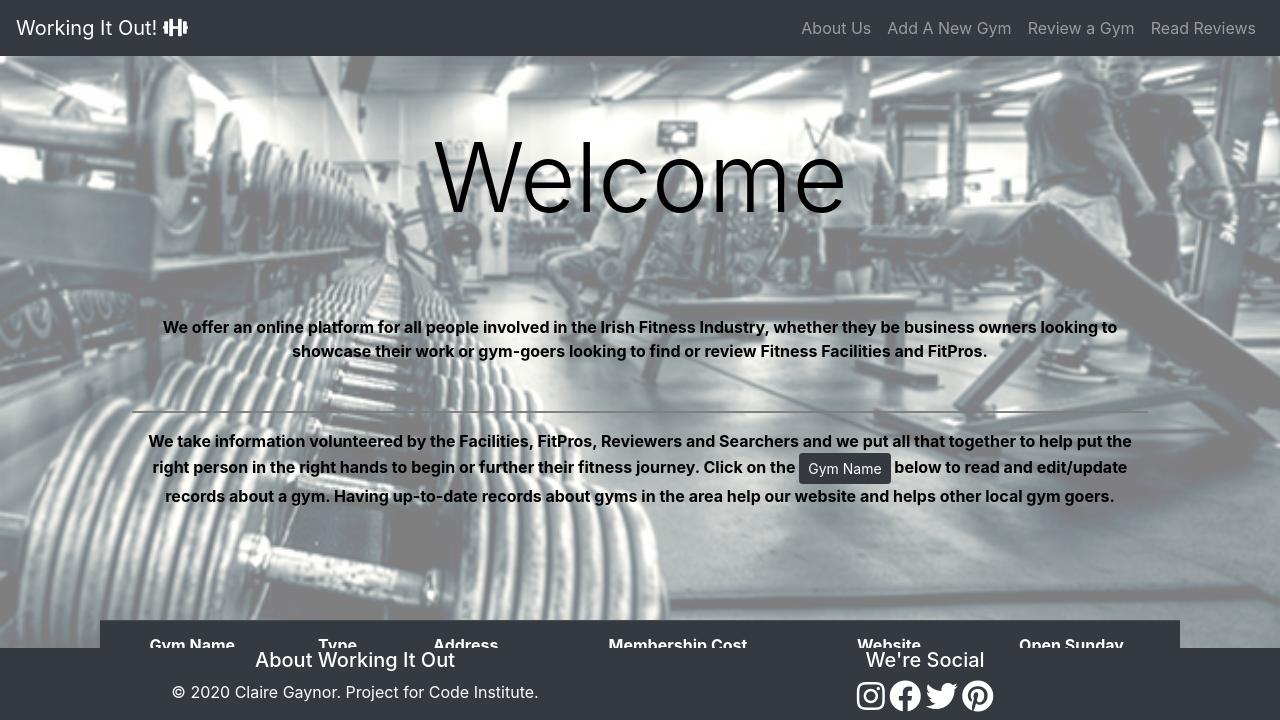
Repository: cgaynor91/Working_It_Out
Page: http://localhost/
The author's editor kept a record of every edit. The page is drawn from the files as they stood at one moment, then again after the next edit.
The browser window is 1280 px wide. The pictures show the whole page.
Some web libraries are served in a nearby version. The page is served by the project's application, run on Flask 3 (app.py). Queries for data that is not in the repository find no rows.

Above is the page before.

### templates/home.html
{% extends 'base.html'%} {% block content %}

<div class="container-fluid">
 <div class="container justify-content-center">
  <div class="col-12 jumbo-text">
   <div class="jumbotron">
    <h1 class="display-3">Welcome</h1>
    <p class="welcome-para"></b>We offer an online platform for all people involved in the Irish Fitness Industry, whether they be business owners looking to showcase their work or gym-goers looking to find or review Fitness Facilities and FitPros.</p>
    <hr>
    <p class="welcome-para">We take information volunteered by the Facilities, FitPros, Reviewers and Searchers and we put all that together to help put the right person in the right hands to begin or further their fitness journey. Click on the <button type="button" class="btn btn-dark btn-sm">Gym Name</button>     below to read and edit/update records about a gym. Having up-to-date records about gyms in the area help our website and helps other local gym goers.</p>
   </div>
  </div>
 </div>



 <!-- Table of gym Data -->

 <div class="container">
  <div class="col-12 col-md-8 table-responsive table-data">
   <table class="table table-hover">
    <thead class="thead-dark">
     <tr>
      <th scope="col">Gym Name</th>
      <th scope="col">Type</th>
      <th scope="col">Address</th>
      <th scope="col">Membership Cost</th>
      <th scope="col">Website</th>
      <th scope="col">Open Sunday</th>
     </tr>
    </thead>
    <tbody>

     {% for gym in gyms %}
     <tr>
      <td><a class="btn btn-outline-dark btn-home" href="{{url_for('edit_gym', gym_id=gym._id)}}" role="button">{{gym.gym_name}}</a></td>
      <td>{{gym.gym_type}}</td>
      <td>{{gym.gym_address}}</td>
      <td>{{gym.cost}}</td>
      <td>{{gym.gym_url}}</td>
      <td>{{gym.open_sunday}}</td>
     </tr>
     {% endfor %}
    </tbody>
   </table>
</div>
</div>

  {% endblock %}

### templates/base.html
<!DOCTYPE html>
<html>

<head>
    <link href="https://fonts.googleapis.com/css?family=Rubik&display=swap" rel="stylesheet">
    <link rel="stylesheet" href="https://stackpath.bootstrapcdn.com/bootstrap/4.4.1/css/bootstrap.min.css">
    <link rel="stylesheet" href="https://cdnjs.cloudflare.com/ajax/libs/font-awesome/5.12.0/css/all.min.css" />
    <link rel="stylesheet" href="{{ url_for('static', filename='css/style.css') }}" type="text/css" />
    <title>Working It Out!</title>
</head>

<body>
    <header>
        <!-- Navbar taken from Bootstrap -->
        <nav class="navbar navbar-expand-md navbar-dark bg-dark home-text">
            <a class="navbar-brand" href="{{url_for('get_gyms')}}">Working It Out! <i
                    class="fas fa-dumbbell"></i></a>
            <button class="navbar-toggler" type="button" data-toggle="collapse" data-target="#navbarNavAltMarkup" aria-controls="navbarNavAltMarkup" aria-expanded="false" aria-label="Toggle navigation">
                <span class="navbar-toggler-icon"></span>
            </button>
            <div class="collapse navbar-collapse" id="navbarNavAltMarkup">
                <div class="navbar-nav ml-auto">
                    <a class="nav-item nav-link" href="{{url_for('about')}}">About Us</a>
                    <a class="nav-item nav-link" href="{{url_for('add_new_gym')}}">Add A New Gym</a>
                    <a class="nav-item nav-link" href="{{url_for('gym_review')}}">Review a Gym</a>
                    <a class="nav-item nav-link" href="{{url_for('read_review')}}">Read Reviews</a>


                </div>
            </div>

        </nav>
    </header>

    <!-- Background image -->
    <div class="container-fluid bg"></div>


    {% block content %} {% endblock %}

    <!--Footer-->
    <footer class="fixed-bottom">
        <div class="container">
            <div class="row">
                <div class="col l6 s12">
                    <h5>About Working It Out</h5>
                    <p> © 2020 Claire Gaynor. Project for Code Institute.</p>
                </div>
                <div class="col l4 offset-l2 s12">
                    <h5>We're Social</h5>
                    <a href="https://www.instagram.com/" target="_blank"><i class="fab fa-instagram fa-2x" style="color:white"></i></a>
                    <a href="https://www.facebook.com/" target="_blank"><i class="fab fa-facebook fa-2x" style="color:white"></i></a>
                    <a href="https://www.twitter.com/" target="_blank"><i class="fab fa-twitter fa-2x" style="color:white"></i>
                    <a href="https://www.pinterest.com/" target="_blank"><i class="fab fa-pinterest fa-2x" style="color:white"></i></a>
                </div>
            </div>
        </div>
    </footer>



    <script src="https://code.jquery.com/jquery-3.4.1.slim.min.js"></script>
    <script src="https://cdn.jsdelivr.net/npm/popper.js@1.16.0/dist/umd/popper.min.js"></script>
    <script src="https://stackpath.bootstrapcdn.com/bootstrap/4.4.1/js/bootstrap.min.js"></script>
</body>

</html>

### app.py
import os
from flask import Flask, render_template, redirect, request, url_for
from flask_pymongo import PyMongo
from bson.objectid import ObjectId

app = Flask(__name__)
app.config["MONGO_DBNAME"] = 'working_it_out'
app.config["MONGO_URI"] = os.getenv('MONGO_URI')

mongo = PyMongo(app)


@app.route('/')
@app.route('/get_gyms')
def get_gyms():
    return render_template("home.html", gyms=mongo.db.gyms.find())

@app.route("/about")
def about():
    return render_template("about.html")


@app.route("/add_new_gym")
def add_new_gym():
    return render_template("add_gym.html")

# Sends the data that the user inserts to the database

@app.route("/insert_gym", methods=['POST'])
def insert_gym():
    gym = mongo.db.gyms
    gym.insert_one({
        'gym_name': request.form.get('Gym Name'),
        'gym_type': request.form.get('Gym Type'),
        'address':request.form.get('Gym Address'),
        'cost':request.form.get('Membership Cost'),
        'gym_url':request.form.get('Gym Website'),
        })
    return redirect(url_for('get_gyms'))


# Allows user to update information about a gym

@app.route("/edit_gym/<gym_id>")
def edit_gym(gym_id):
    the_gym = mongo.db.gyms.find_one({"_id": ObjectId(gym_id)})
    return render_template("update_gym.html", gym=the_gym)

@app.route("/update_gym/<gym_id>", methods=["POST"])
def update_gym(gym_id):
    gym = mongo.db.gyms
    gym.update({'_id': ObjectId(gym_id)}, {
        'gym_name' : request.form.get('gym_name'),
        'status' : request.form.get('gym_type'),
        'address' : request.form.get('gym_address'),
        'cost' : request.form.get('cost'),
        'gym_url' : request.form.get('gym_url')
    })
    return redirect(url_for('get_gyms'))

# Delete option for a user if they wish to delete a review they wrote or delete a review written by someone else that may be incorrect

@app.route("/delete_gym/<gym_id>")
def delete_gym(gym_id):
    mongo.db.gyms.remove({'_id': ObjectId(gym_id)})
    return redirect(url_for('get_gyms'))

@app.route("/leave_review")
def gym_review():
    return render_template("gym_review.html", gyms=mongo.db.gyms.find())

# Sends the data that the user inserts to the database

@app.route("/gym_review", methods=['POST'])
def insert_review():
    review = mongo.db.reviews
    review.insert_one(request.form.to_dict())
    return redirect(url_for('gym_review'))


@app.route("/read_review")
def read_review():
    return render_template("read_reviews.html", reviews=mongo.db.reviews.find())

if __name__ == '__main__':
    app.run(host=os.environ.get('IP'),
            port=int(os.environ.get('PORT')),
            debug=True)

### static/css/style.css
@import url('https://fonts.googleapis.com/css?family=Rubik&display=swap');

.body {
    min-height: 100%;
    font-family: 'Rubik', sans-serif;
}

.container-fluid {
    text-align: center;
}


.container-fluid_reviews {
    text-align: left;
}

.display-3 {
    font-size: 6rem;
    font-weight: 300;
    line-height: 1.2;
    margin-bottom: 5rem;
}

hr {
    border: 1px solid grey;
}

.welcome-para {
    margin-top: 0px;
    margin-bottom: 3rem;
}

.col-12 {
    -ms-flex: 0 0 100%;
    flex: 0 0 100%;
    max-width: 100%;
}

.bg {
    background-image: url(../images/bg-image.png);
    background-size: cover;
    height: 100%;
    overflow: hidden;
    position: fixed;
    width: 100%;
    opacity: 0.5;
    z-index: -1;
}

.jumbotron {
    background-color: transparent;
    margin-bottom: 0px;
}

.jumbo-text {
    color: #000;
    font-weight: bolder;
}

.btn-home {
    font-weight: bold;
    min-width: 250px;
}

.table td,
.table th {
    padding: .75rem;
    vertical-align: top;
    border-top: 1px solid #dee2e6;
    font-weight: bolder;
}




.fixed-bottom {
    background-color: #343a40;
    color: #fff;
}




/*

After the next edit:
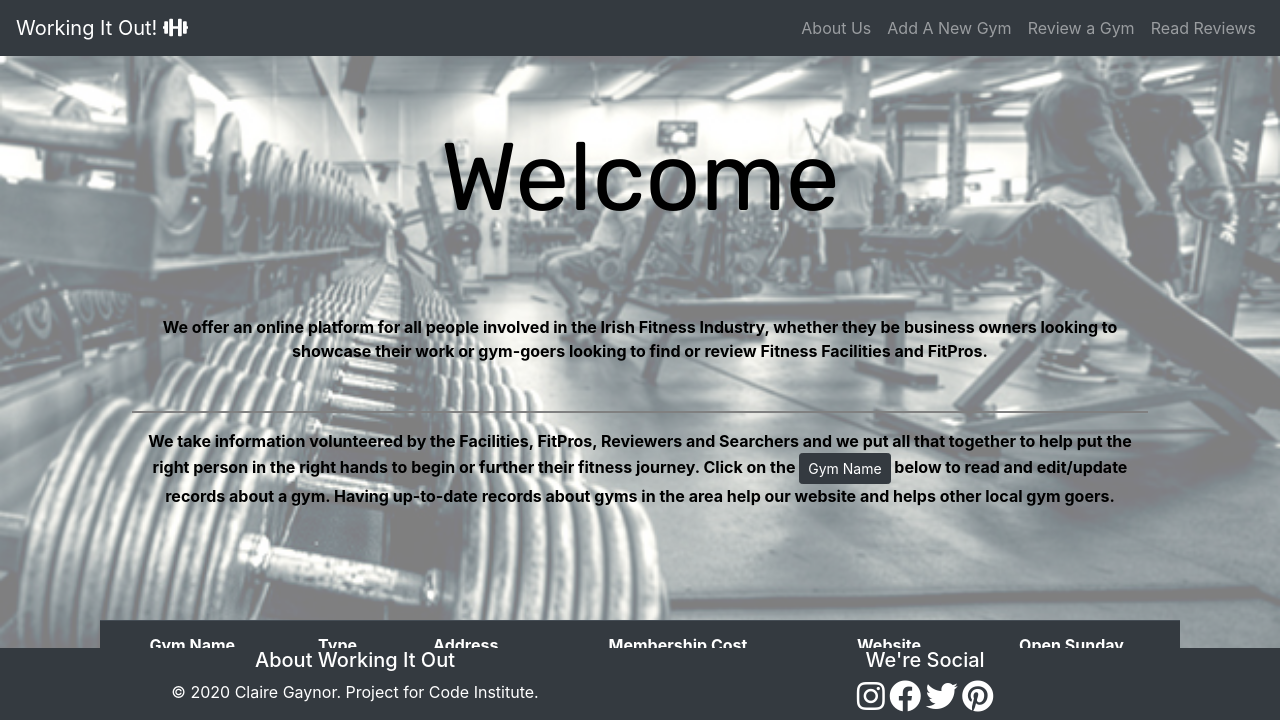
The edit:
--- a/static/css/style.css
+++ b/static/css/style.css
@@ -19,6 +19,7 @@
     font-weight: 300;
     line-height: 1.2;
     margin-bottom: 5rem;
+    font-family: 'Rubik', sans-serif;
 }
 
 hr {
